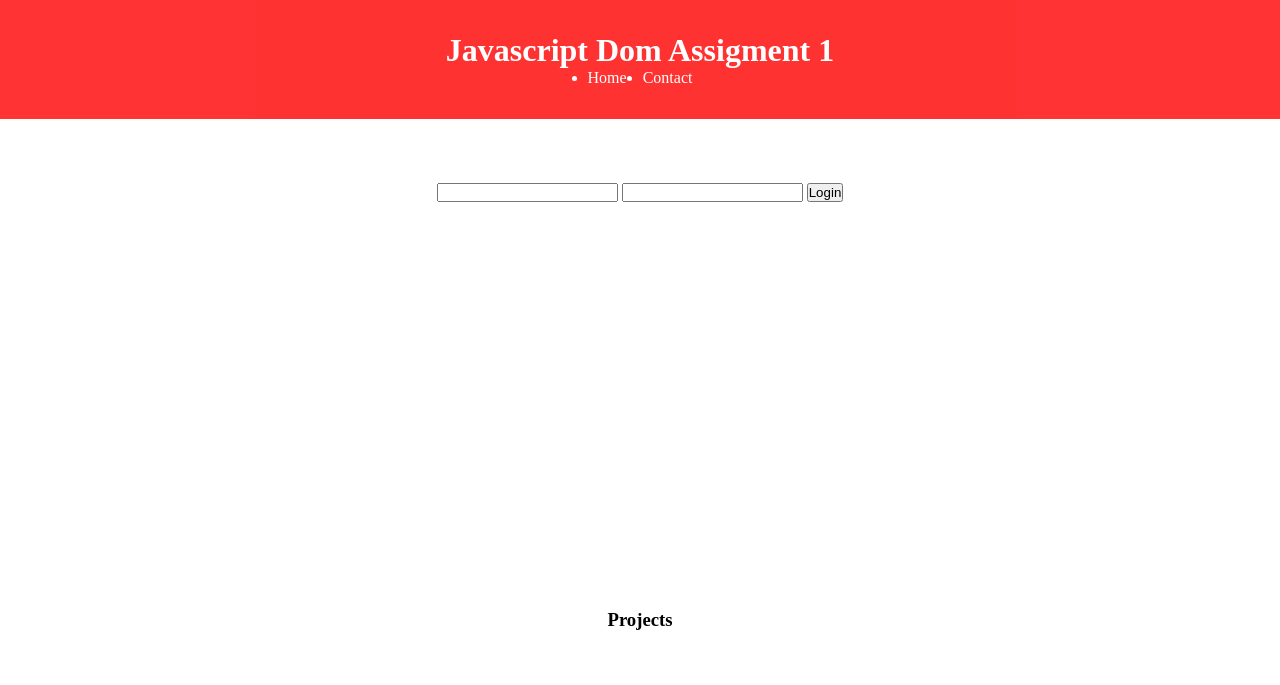
Repository: haakanerol/haakanerol
Page: Js.ass1/index.html
An editor plug-in stored every save of this project. The page is shown before and after the next save, followed by the edit.
The browser window is 1280 px wide. The pictures show the whole page.

Above is the page before, as saved 2024-02-25 16:00:42.

After the next save:
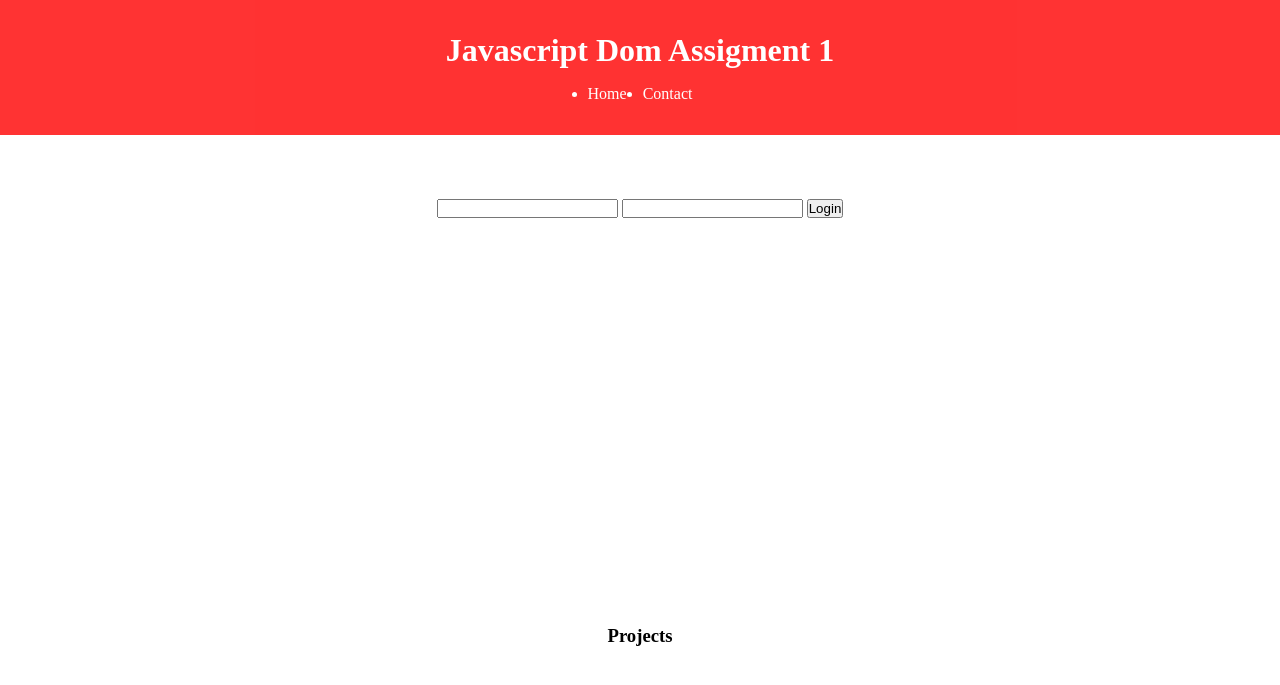
Saved 5 s later.
--- a/Js.ass1/app.js
+++ b/Js.ass1/app.js
@@ -7,7 +7,7 @@ newHeader.style.padding = "2rem"
 
 newTitle = document.getElementById("title")
 newTitle.textContent = "Javascript Dom Assigment 1"
-newTitle.style.marginBottom = ""
+newTitle.style.marginBottom = "1rem"
 
 newNavItem = document.querySelector(".nav-item")
 newNavItem.style.display = "flex"
